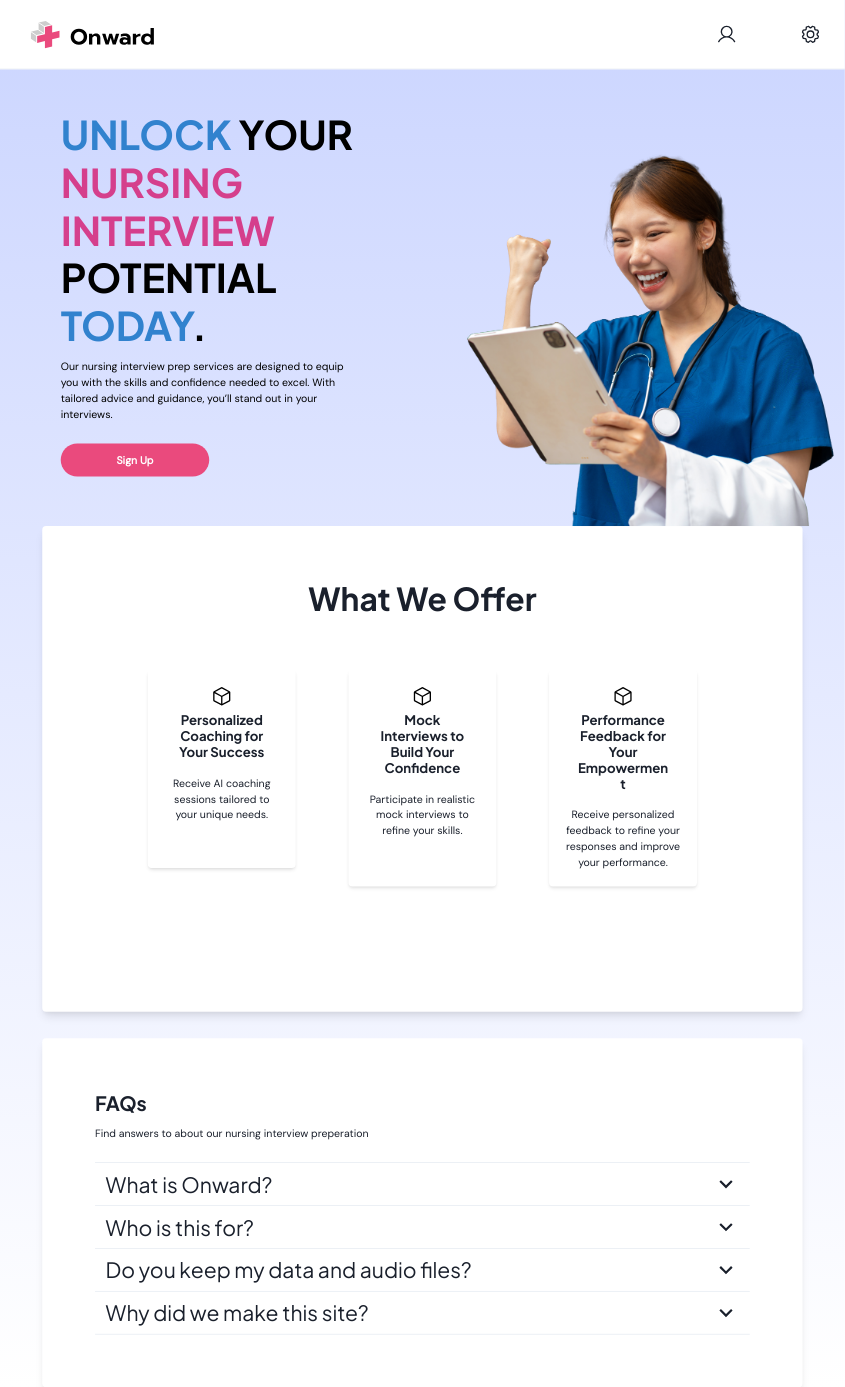
Repository: Aladdin3r/onward
Page: /landing-page
An editor plug-in stored every save of this project. The page is shown before and after the next save, followed by the edit.
The browser window is 1280 px wide. The pictures show the whole page, at 66% of full size.
The project was rebuilt for these pictures with package versions that can differ from the ones it lists, and the page was loaded fresh each time. The framework's server and built-in components were replaced by stand-ins that run in the browser. Also part of the build but not shown: next.config.mjs.

Above is the page before, as saved 2024-10-29 03:20:01.

### pages/_app.js
import { ChakraProvider } from "@chakra-ui/react";
import theme from "@/styles/theme";

function MyApp({ Component, pageProps }) {
  return (
    <ChakraProvider theme={theme}>
      <Component {...pageProps} />
    </ChakraProvider>
  );
}

export default MyApp;

### pages/_document.js
import { Html, Head, Main, NextScript } from "next/document";

export default function Document() {
  return (
    <Html lang="en">
      <Head>
        <link
          href="https://fonts.googleapis.com/css2?family=DM+Sans:wght@400&family=Plus+Jakarta+Sans:wght@400;600;700&display=swap"
          rel="stylesheet"
        />
      </Head>
      <body>
        <Main />
        <NextScript />
      </body>
    </Html>
  );
}

### pages/landing-page.js
import {
    Box,
    Flex,
    Heading,
    Text,
    Stack,
    Button,
    Accordion,
    AccordionItem,
    AccordionButton,
    AccordionPanel,
    AccordionIcon,
    Image
} from "@chakra-ui/react";
import TopNav from "@/styles/components/TopNav";
import { useRouter } from 'next/router';

export default function Home() {
    const router = useRouter();

    // Button action function
    const handleSignUp = () => {
        router.push('/signup'); // Navigate to the sign-up page
    };

    return (
        <Box
            bgGradient="linear(to-b, #CBD5FF, #FFFFFF)"
            minH="100vh"

        >
            {/* Hero Section */}
            <TopNav />

            <Flex
                p={3}
                width="100%"
                mb={0}
                flexDirection="row"
                alignItems="center"
                justifyContent="space-between"
                gap="2rem"
            >
                <Flex flexDirection="column" zIndex={1} ml="20">
                    <Heading
                        fontFamily="heading"
                        fontSize="6xl"
                        fontWeight="bold"
                        width="88%"
                        mb={4}
                    >
                        <Text as="span" color="blue.500">UNLOCK </Text>
                        <Text as="span" color="black">YOUR </Text>
                        <Text as="span" color="pink.500">NURSING INTERVIEW </Text>
                        <Text as="span" color="black">POTENTIAL </Text>
                        <Text as="span" color="blue.500">TODAY</Text>
                        <Text as="span" color="black">. </Text>
                    </Heading>
                    <Text fontFamily="body" fontSize="x" color="black" mb={6} width="78%">
                        Our nursing interview prep services are designed to equip you with the skills and confidence needed to excel. With tailored advice and guidance, you’ll stand out in your interviews.
                    </Text>
                    <Button
                        mt="2"
                        bg="#EA4A7D"
                        color="#FFFFFF"
                        width="50%"
                        height="50px"
                        maxW="225px"
                        fontWeight="semibold"
                        fontSize="16px"
                        borderRadius="full"
                        px="6"
                        mb="6"
                    >
                        Sign Up
                    </Button>
                </Flex>

                <Box width="45%" flexShrink={0}>
                    <Image
                        src="/images/ipad-nurse.png"
                        alt="IPad Nurse"
                        width="100%"
                        height="auto"
                        objectFit="cover"
                    />
                </Box>
            </Flex>


            {/* What We Offer Section */}
            <Box p={40} textAlign="center" borderRadius="md" boxShadow="lg" maxW="90%" mx="auto"bg={"white"} mt={-3}>
                <Heading fontFamily="heading" fontSize="5xl" mb={20} mt={-20}>What We Offer</Heading>
                <Flex justify="center" gap={20} mb={30}>
                    <Stack width="300px" height="300px" borderRadius="md" boxShadow="md" p={6} textAlign="center" alignItems="center">
                        <svg xmlns="http://www.w3.org/2000/svg" width="32" height="32" fill="#000000" viewBox="0 0 256 256"><path d="M223.68,66.15,135.68,18h0a15.88,15.88,0,0,0-15.36,0l-88,48.17a16,16,0,0,0-8.32,14v95.64a16,16,0,0,0,8.32,14l88,48.17a15.88,15.88,0,0,0,15.36,0l88-48.17a16,16,0,0,0,8.32-14V80.18A16,16,0,0,0,223.68,66.15ZM128,32h0l80.34,44L128,120,47.66,76ZM40,90l80,43.78v85.79L40,175.82Zm96,129.57V133.82L216,90v85.78Z"></path></svg>
                        <Heading width="80%" fontFamily="heading" fontSize="xl" mb={4}>Personalized Coaching for Your Success</Heading>
                        <Text fontFamily="body">
                            Receive AI coaching sessions tailored to your unique needs.
                        </Text>
                    </Stack>
                    <Stack width="300px" borderRadius="md" boxShadow="md" p={6} textAlign="center" alignItems="center">
                        <svg xmlns="http://www.w3.org/2000/svg" width="32" height="32" fill="#000000" viewBox="0 0 256 256"><path d="M223.68,66.15,135.68,18h0a15.88,15.88,0,0,0-15.36,0l-88,48.17a16,16,0,0,0-8.32,14v95.64a16,16,0,0,0,8.32,14l88,48.17a15.88,15.88,0,0,0,15.36,0l88-48.17a16,16,0,0,0,8.32-14V80.18A16,16,0,0,0,223.68,66.15ZM128,32h0l80.34,44L128,120,47.66,76ZM40,90l80,43.78v85.79L40,175.82Zm96,129.57V133.82L216,90v85.78Z"></path></svg>
                        <Heading width="80%" fontFamily="heading" fontSize="xl" mb={4}>Mock Interviews to Build Your Confidence</Heading>
                        <Text fontFamily="body">
                            Participate in realistic mock interviews to refine your skills.
                        </Text>
                    </Stack>
                    <Stack width="300px" borderRadius="md" boxShadow="md" p={6} textAlign="center" alignItems="center">
                        <svg xmlns="http://www.w3.org/2000/svg" width="32" height="32" fill="#000000" viewBox="0 0 256 256"><path d="M223.68,66.15,135.68,18h0a15.88,15.88,0,0,0-15.36,0l-88,48.17a16,16,0,0,0-8.32,14v95.64a16,16,0,0,0,8.32,14l88,48.17a15.88,15.88,0,0,0,15.36,0l88-48.17a16,16,0,0,0,8.32-14V80.18A16,16,0,0,0,223.68,66.15ZM128,32h0l80.34,44L128,120,47.66,76ZM40,90l80,43.78v85.79L40,175.82Zm96,129.57V133.82L216,90v85.78Z"></path></svg>
                        <Heading width="80%" fontFamily="heading" fontSize="xl" mb={4}>Performance Feedback for Your Empowerment</Heading>
                        <Text fontFamily="body">
                            Receive personalized feedback to refine your responses and improve your performance.
                        </Text>
                    </Stack>
                </Flex>
            </Box>

            {/* FAQ Section */}
            <Box p={20} borderRadius="md" boxShadow="lg" maxW="90%" mx="auto" bg={"white"} mt={10}>
                <Heading fontFamily="heading" fontSize="3xl" textAlign="left" mb={4}>FAQs</Heading>
                <Text fontFamily="body" fontSize="s" textAlign="left" mb={8}>
                    Find answers to about our nursing interview preperation
                </Text>
                <Accordion allowToggle>
                    <AccordionItem>
                        <h2>
                            <AccordionButton>
                                <Box as="span" flex="1" textAlign="left" fontFamily="heading">What is Onward?</Box>
                                <AccordionIcon />
                            </AccordionButton>
                        </h2>
                        <AccordionPanel pb={4} fontFamily="body">
                            Onward is an AI-powered personal interview coach designed for nurses to enhance their job interview skills.
                        </AccordionPanel>
                    </AccordionItem>
                    <AccordionItem>
                        <h2>
                            <AccordionButton>
                                <Box as="span" flex="1" textAlign="left" fontFamily="heading">Who is this for?</Box>
                                <AccordionIcon />
                            </AccordionButton>
                        </h2>
                        <AccordionPanel pb={4} fontFamily="body">
                            This service is designed for nurses, especially those new to the Canadian healthcare system.
                        </AccordionPanel>
                    </AccordionItem>
                    <AccordionItem>
                        <h2>
                            <AccordionButton>
                                <Box as="span" flex="1" textAlign="left" fontFamily="heading">Do you keep my data and audio files?</Box>
                                <AccordionIcon />
                            </AccordionButton>
                        </h2>
                        <AccordionPanel pb={4} fontFamily="body">
                            Yes, we securely store data as per our privacy policy to enhance your interview coaching experience.
                        </AccordionPanel>
                    </AccordionItem>
                    <AccordionItem>
                        <h2>
                            <AccordionButton>
                                <Box as="span" flex="1" textAlign="left" fontFamily="heading">Why did we make this site?</Box>
                                <AccordionIcon />
                            </AccordionButton>
                        </h2>
                        <AccordionPanel pb={4} fontFamily="body">
                            Onward aims to empower nurses by providing interview preparation tools tailored to their needs.
                        </AccordionPanel>
                    </AccordionItem>
                </Accordion>
            </Box>        </Box>
    );
}

### styles/theme.js
import { extendTheme } from "@chakra-ui/react";
import { theme as chakraTheme } from "@chakra-ui/react";
import Button from './components/Button';
import { Stepper } from "@chakra-ui/react";

const fonts = {
    ...chakraTheme.fonts,
    body: "DM Sans",
    heading: "Plus Jakarta Sans",
}

const overrides = {
    ...chakraTheme,
    fonts,
    components: {
        Button: {
            ...Button,
        },
    },
    fontWeights: {
        normal: 400,
        medium: 500,
        bold: 700,
    },
    fontSizes: {
        xxs: "14pt",
        xs: "16pt",
        sm: "20pt",
        md: "24pt",
        lg: "32pt",
    },
    colors: {
       brand: {
        blushPink: "#EA4A7D",
        pastelBlue: "#CBD5FF",
        blueberryCreme: "#EBEFFF",
        frostWhite: "#FAFAFA",
        nightBlack: "#1f1f1f",
        platinum: "#e2e2e2",
        confirmationGreen: "#61CD3D",
        imperialRed: "EA4A4D",
        canaryYellow: "#EAE84A",
        oceanBlue: "#214DDF",
        pureWhite: "#FFFFFF"
        }
    },
    styles: {
        global: {
            body: {
                bg: "frostWhite",
            },
        },
    },
}

const customTheme = extendTheme(overrides);

export default customTheme;

### styles/components/TopNav.js
'use client'
import {
    Box,
    Flex,
    useColorModeValue,
    IconButton,
    Image,
    Link,
} from "@chakra-ui/react";
import { User, Gear } from "@phosphor-icons/react";

export default function TopNav() {
    const bgColor = useColorModeValue('#fff', 'brand.nightBlack');

    return (
        <Box bg={bgColor} px={4} borderBottom="1px solid #E6EAF2">
            <Flex h={"104px"} alignItems={'center'} justifyContent={'space-between'}>
                <Box fontSize={{ base: 'md', md: 'lg' }}>
                    <Link href="/">
                        <Image src="logo.svg" boxSize="253px" alt="Onward Logo" style={{ padding: "30px" }} />
                    </Link>
                </Box>
                <Flex alignItems={'center'}>
                    <Link href="/user">
                        <IconButton
                            aria-label="User settings"
                            icon={<User />}
                            variant="ghost"
                            mr="55px"
                        />
                    </Link>
                    <Link href="/settings">
                        <IconButton
                            aria-label="Settings"
                            icon={<Gear />}
                            variant="ghost"
                        />
                    </Link>
                </Flex>
            </Flex>
        </Box>
    );
}

### styles/components/Button.js
const Button = {
    baseStyle: {
      display: 'flex',
      borderRadius: '999px',
      fontFamily: 'DM Sans',
      _hover: {
        boxShadow: '0px 4px 4px 0px rgba(0, 0, 0, 0.45)',
      },
      padding: 3,
    },
    sizes: {
      xs: {
        fontSize: ['12pt', '14pt', '16pt'], // Responsive font sizes for xs
        px: [2, 3], // Responsive padding
      },
      sm: {
        fontSize: ['14pt', '16pt', '20pt'],
        px: [2, 4],
      },
      md: {
        fontSize: ['16pt', '20pt', '24pt'],
        px: [3, 5],
      },
      lg: {
        fontSize: ['20pt', '28pt', '32pt'],
        px: [4, 6],
      },
    },
    variants: {
      lgPrimary: {
        bg: 'brand.blushPink',
        color: 'brand.frostWhite',
        width: ['100%', '325px'], // 100% width on smaller screens
        height: '72px',
        fontSize: ['20pt', '28pt', '32pt'], // Responsive font size
        borderRadius: '999px',
      },
      mdPrimary: {
        bg: 'brand.blushPink',
        color: 'brand.frostWhite',
        width: ['100%', '225px'],
        height: '72px',
        fontSize: ['16pt', '20pt', '24pt'],
        borderRadius: '999px',
      },
      smPrimary: {
        bg: 'brand.blushPink',
        color: 'brand.frostWhite',
        width: ['100%', '150px'],
        height: '64px',
        fontSize: ['14pt', '16pt', '20pt'],
        borderRadius: '999px',
      },
      xsPrimary: {
        bg: 'brand.blushPink',
        color: 'brand.frostWhite',
        width: ['100%', '117px'],
        height: '32px',
        fontSize: ['12pt', '14pt', '18pt'],
        borderRadius: '999px',
      },
      lgSecondary: {
        bg: 'brand.platinum',
        color: 'brand.nightBlack',
        width: ['100%', '325px'],
        height: '72px',
        fontSize: ['20pt', '28pt', '32pt'],
        borderRadius: '999px',
        _hover: {
          bg: 'brand.blushPink',
          color: 'brand.frostWhite',
          boxShadow: '0px 4px 4px 0px rgba(0, 0, 0, 0.45)',
        },
      },
      mdSecondary: {
        bg: 'brand.platinum',
        color: 'brand.nightBlack',
        width: ['100%', '225px'],
        height: '72px',
        fontSize: ['16pt', '20pt', '24pt'],
        borderRadius: '999px',
        _hover: {
          bg: 'brand.blushPink',
          color: 'brand.frostWhite',
          boxShadow: '0px 4px 4px 0px rgba(0, 0, 0, 0.45)',
        },
      },
      smSecondary: {
        bg: 'brand.platinum',
        color: 'brand.nightBlack',
        width: ['100%', '150px'],
        height: '64px',
        fontSize: ['14pt', '16pt', '20pt'],
        borderRadius: '999px',
        _hover: {
          bg: 'brand.blushPink',
          color: 'brand.frostWhite',
          boxShadow: '0px 4px 4px 0px rgba(0, 0, 0, 0.45)',
        },
      },
      xsSecondary: {
        bg: 'brand.platinum',
        color: 'brand.nightBlack',
        width: ['100%', '117px'],
        height: '32px',
        fontSize: ['12pt', '14pt', '18pt'],
        borderRadius: '999px',
        _hover: {
          bg: 'brand.blushPink',
          color: 'brand.frostWhite',
          boxShadow: '0px 4px 4px 0px rgba(0, 0, 0, 0.45)',
        },
      },
    },
  };

  export default Button;

After the next save:
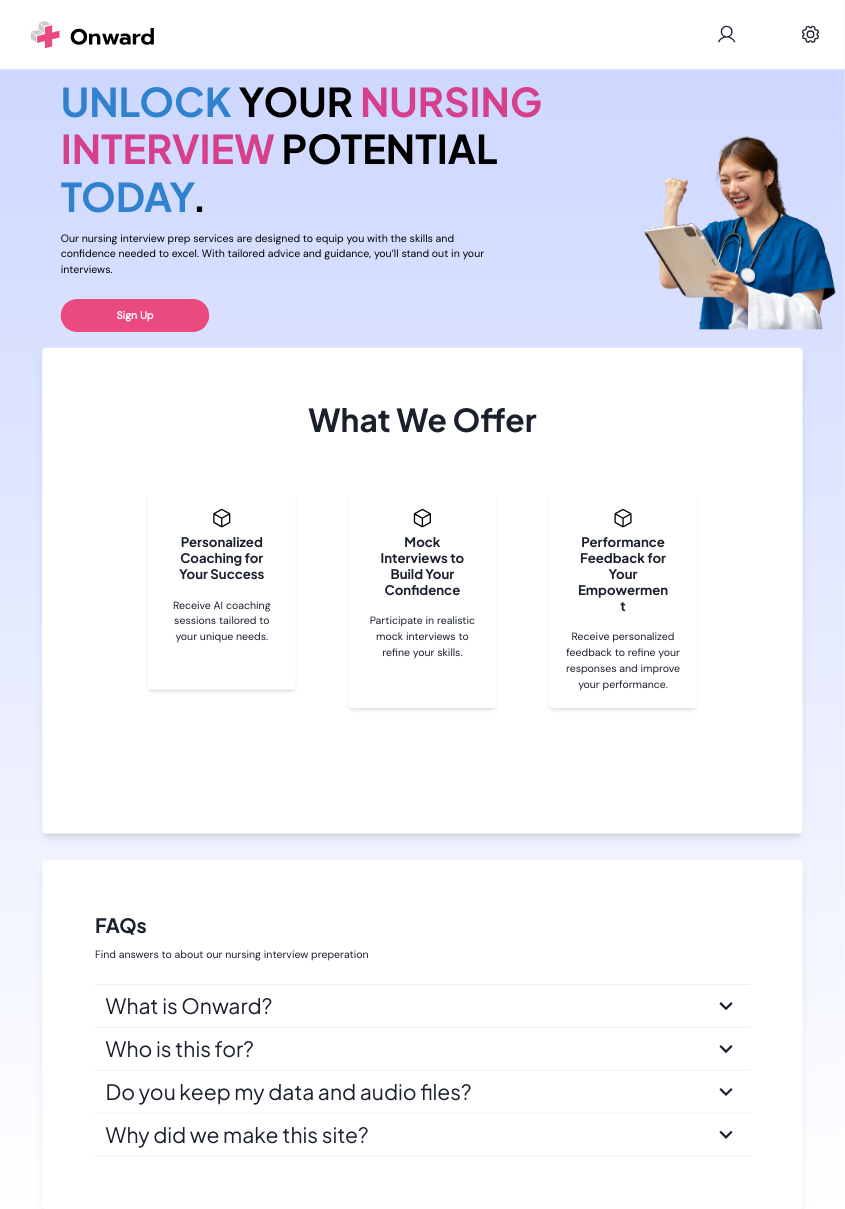
Saved 7 s later.
--- a/pages/landing-page.js
+++ b/pages/landing-page.js
@@ -76,7 +76,7 @@
                     </Button>
                 </Flex>
 
-                <Box width="45%" flexShrink={0}>
+                <Box width="45%" >
                     <Image
                         src="/images/ipad-nurse.png"
                         alt="IPad Nurse"

After the save that followed:
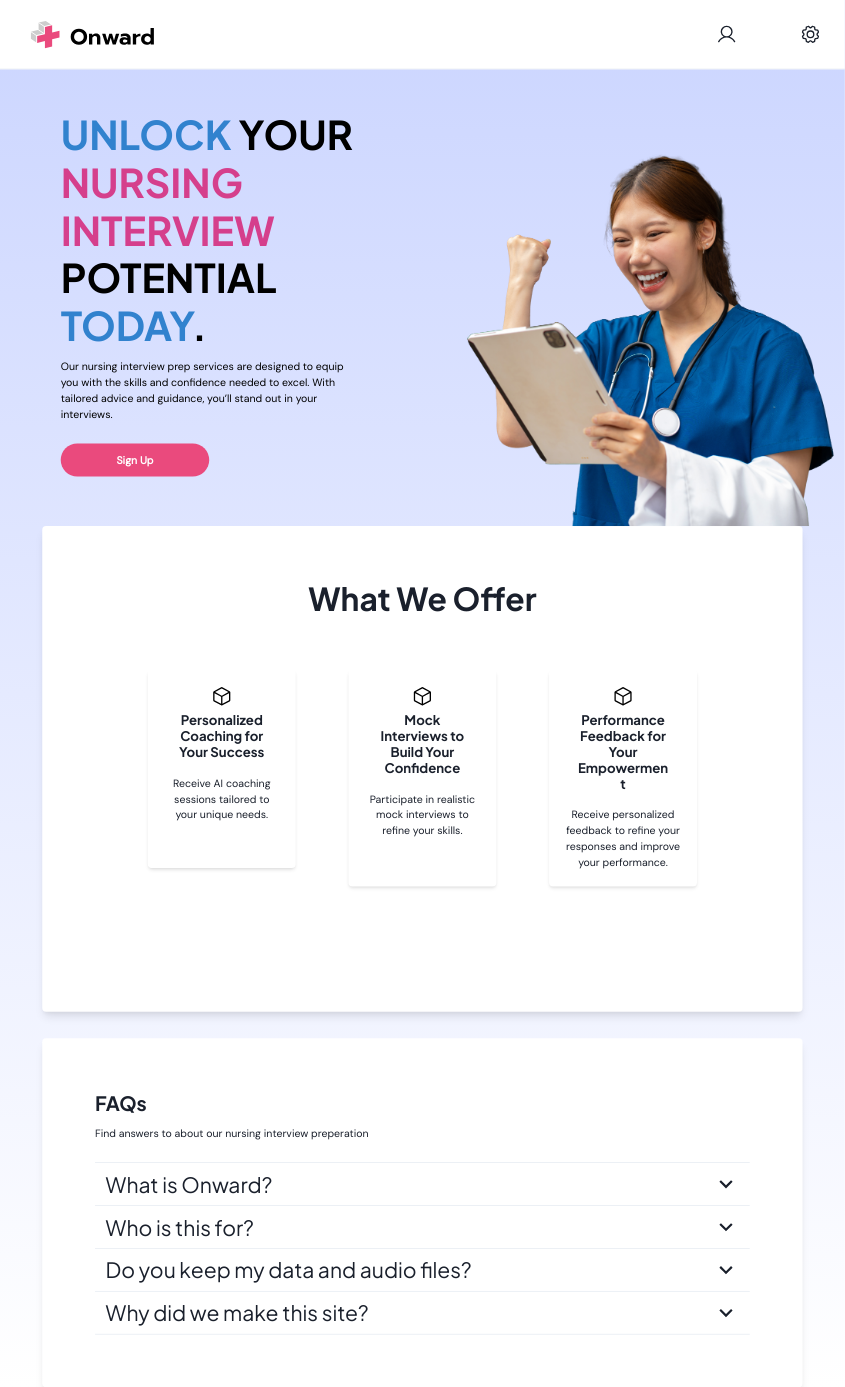
Saved 4 s later.
--- a/pages/landing-page.js
+++ b/pages/landing-page.js
@@ -76,7 +76,7 @@
                     </Button>
                 </Flex>
 
-                <Box width="45%" >
+                <Box width="45%" flexShrink={0}>
                     <Image
                         src="/images/ipad-nurse.png"
                         alt="IPad Nurse"
